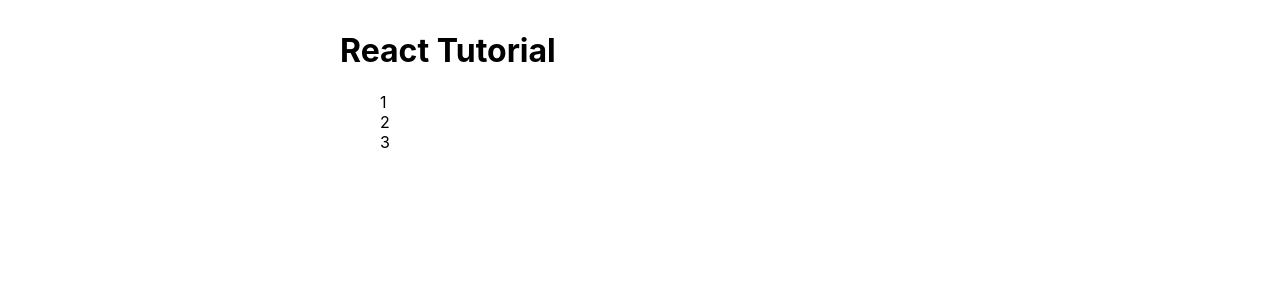
Repository: GregorPiev/rorganizer
Page: /
These files come from the project's save history. The page is drawn as it stood at one moment and after the next save; the edit follows.
The browser window is 1280 px wide. The pictures show the whole page.
The project was rebuilt for these pictures with package versions that can differ from the ones it lists, and the page was loaded fresh each time.

Above is the page before, as saved 2020-08-17 12:29:01.

### src/index.css
body {
	margin: 0;
	font-family: -apple-system, BlinkMacSystemFont, 'Segoe UI', 'Roboto', 'Oxygen',
		'Ubuntu', 'Cantarell', 'Fira Sans', 'Droid Sans', 'Helvetica Neue',
		sans-serif;
	-webkit-font-smoothing: antialiased;
	-moz-osx-font-smoothing: grayscale;
}

code {
	font-family: source-code-pro, Menlo, Monaco, Consolas, 'Courier New',
		monospace;
}
.wrapper {
	padding-top: 5px;
	margin: 5px auto;
	width: 600px;
}

### src/App.js
import React from 'react';
import TodoList from './Todo/TodoList';

function App() {
  return (
    <div className="wrapper">
      <h1>React Tutorial</h1>
      <TodoList />
    </div>
  );
}

export default App;

### src/Todo/TodoList.js
import React from 'react';
import './Todo.css';

export default function TodoList() {
    return (
        <ul className="ul_base">
            <li>1</li>
            <li>2</li>
            <li>3</li>
        </ul>
    )

}

### src/Todo/Todo.css
.ul_base {
    list-style: none;
}

Loaded but not shown: public/index.html (common file); src/index.js (common file); src/serviceWorker.js (common file)

After the next save:
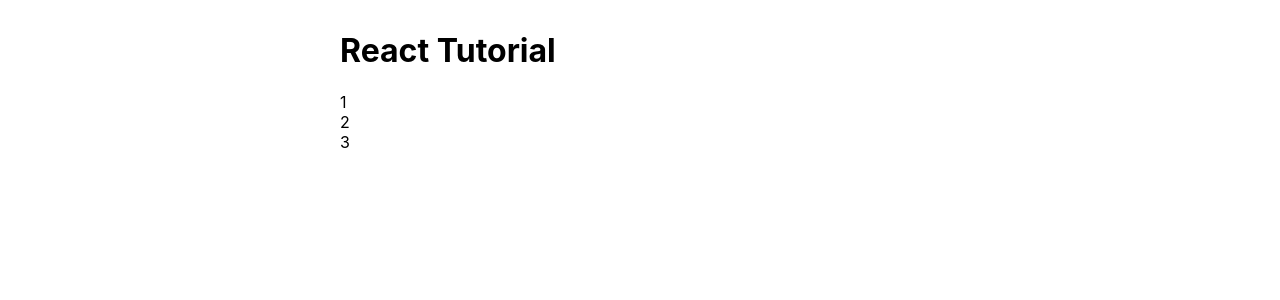
Saved 54 s later.
--- a/src/Todo/Todo.css
+++ b/src/Todo/Todo.css
@@ -1,3 +1,5 @@
 .ul_base {
     list-style: none;
+    margin: 0;
+    padding: 0;
 }
